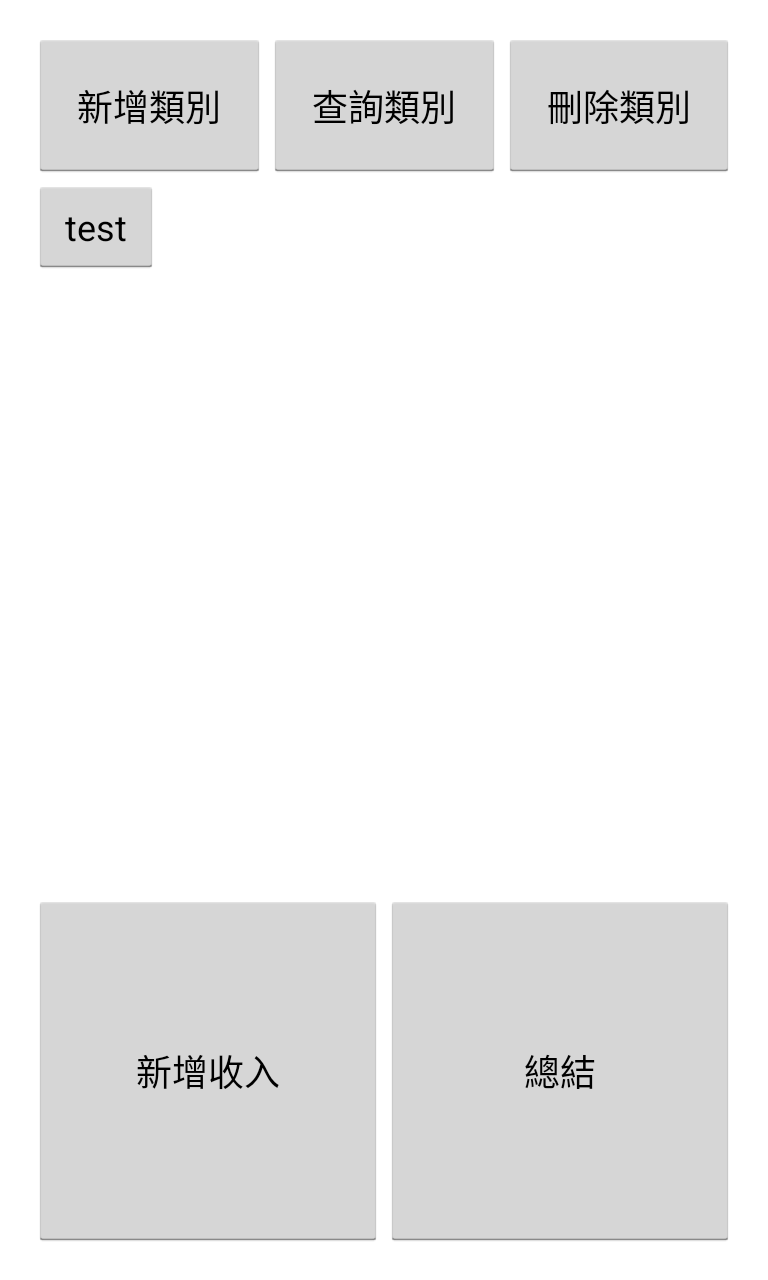
Repository: rayyrayy/Android-app-project
Layout: flashaccounting/easy money manager/res/layout/activity_main.xml
The author's editor kept a copy of each file at every save. The layout is drawn from the files as they stood at one save, then again after the next save.
It is drawn on a 768 x 1280 px phone screen (xhdpi) without system bars, with theme AppTheme; the app's code is not run.

Above is the layout before, as saved 2014-11-03 03:07:52.

After the next save:
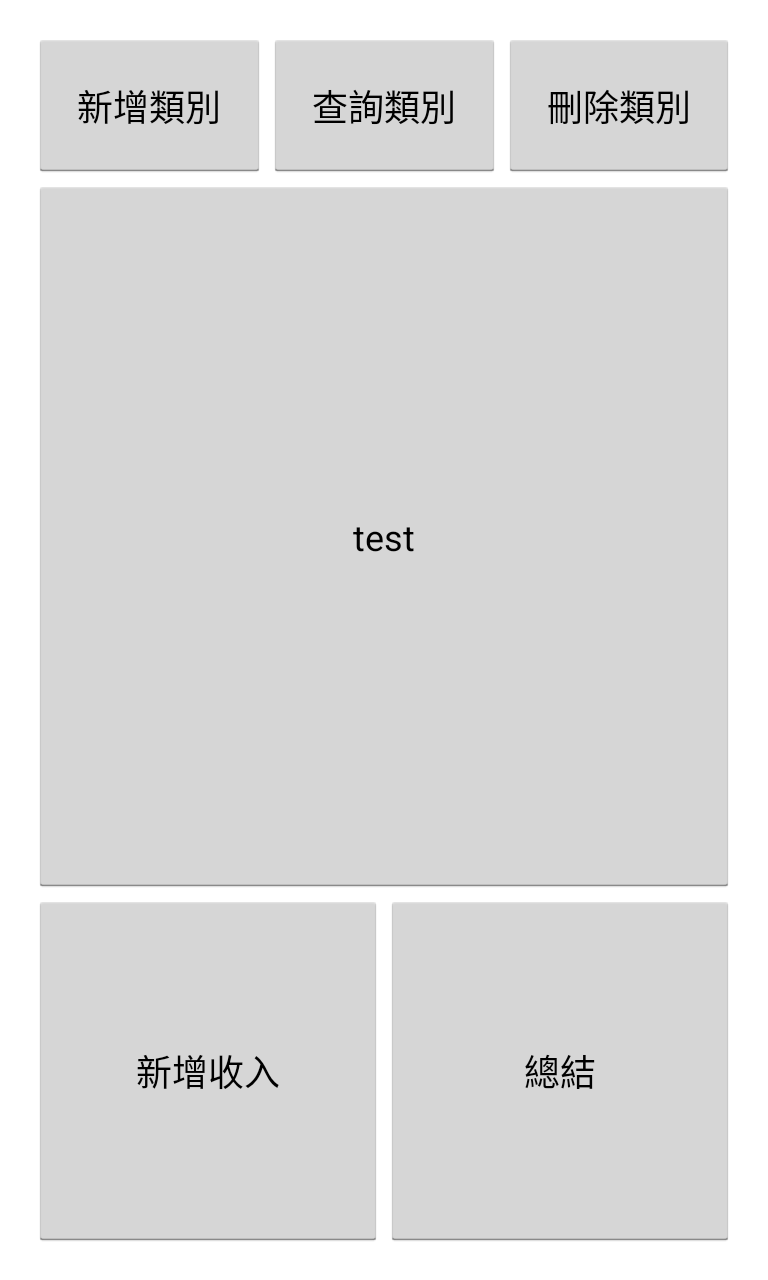
Saved 54 s later.
--- a/flashaccounting/easy money manager/res/layout/activity_main.xml
+++ b/flashaccounting/easy money manager/res/layout/activity_main.xml
@@ -83,8 +83,8 @@
 
 	        <Button
         	android:id="@+id/test"
-        	android:layout_width="wrap_content"
-        	android:layout_height="wrap_content"
+        	android:layout_width="match_parent"
+        	android:layout_height="match_parent"
         	android:layout_gravity="fill_vertical"
         	android:text="test" />
 
